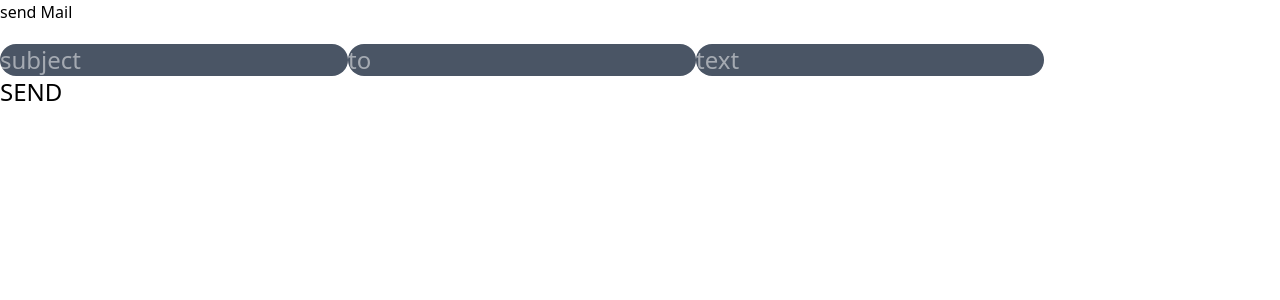
Repository: ridhukhan/sendmail
Page: / (app in Frontend/)
These files come from the project's save history. The page is drawn as it stood at one moment and after the next save; the edit follows.
The browser window is 1280 px wide. The pictures show the whole page.
The project was rebuilt for these pictures with package versions that can differ from the ones it lists, and the page was loaded fresh each time.

Above is the page before, as saved 2026-02-10 14:55:00.

After the next save:
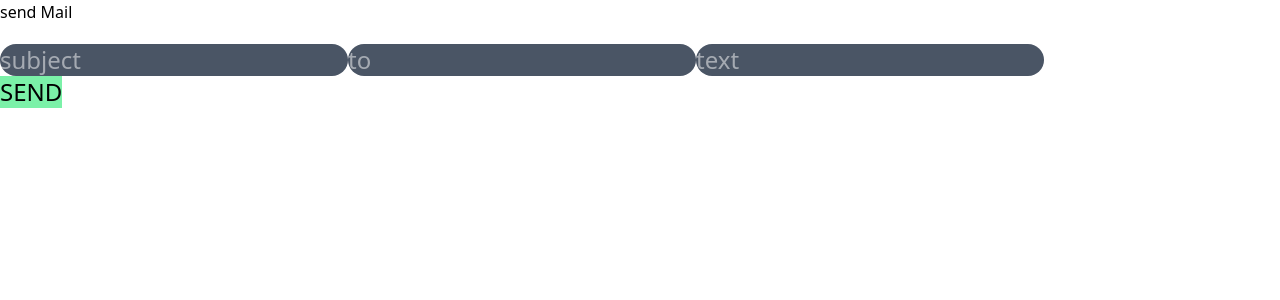
Saved 20 s later.
--- a/Frontend/src/App.jsx
+++ b/Frontend/src/App.jsx
@@ -10,7 +10,7 @@ function App() {
 
 <input type="email" name="" id="" placeholder='to' className="bg-gray-600 text-white border-amber-50 rounded-2xl mt-5" />
 <input type="text" name="" id="" placeholder='text' className="bg-gray-600 text-white border-amber-50 rounded-2xl mt-5"/><br />
-<button>SEND</button>
+<button className="bg-green-300">SEND</button>
     </form>
        </>
   )
